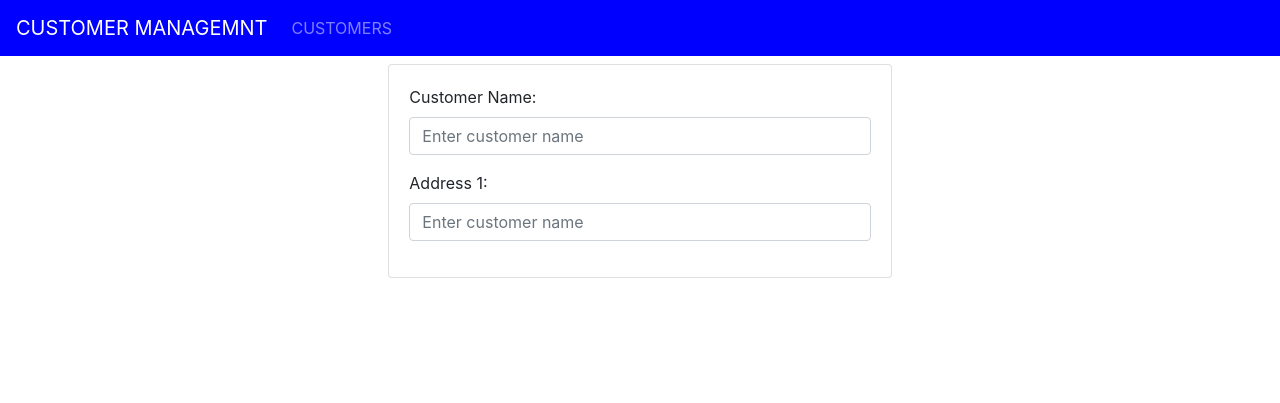
Repository: shruti-2522/webdirekt-assignment
Page: http://localhost/Customer-Project/customer-form.jsp
The author's editor kept a copy of each file at every save. The page is drawn from the files as they stood at one save, then again after a run of saves.
The browser window is 1280 px wide. The pictures show the whole page.
The page is served by Tomcat 9. Other server files are loaded and not shown.

Above is the page before, as saved 2021-07-05 10:34:27.

### Customer-Project/src/main/webapp/customer-form.jsp
<%@ page language="java" contentType="text/html; charset=ISO-8859-1"
	pageEncoding="ISO-8859-1"%>
<!DOCTYPE html>
<html>
<head>
<meta charset="ISO-8859-1">
<title>Add Customer</title>
<link rel="stylesheet"
	href="https://cdn.jsdelivr.net/npm/bootstrap@4.5.3/dist/css/bootstrap.min.css"
	integrity="sha384-TX8t27EcRE3e/ihU7zmQxVncDAy5uIKz4rEkgIXeMed4M0jlfIDPvg6uqKI2xXr2"
	crossorigin="anonymous">
</head>
<body>

	<header>
		<nav class="navbar navbar-expand-md navbar-dark"
			style="background-color: blue">
			<div>
				<a class="navbar-brand">CUSTOMER MANAGEMNT</a>
			</div>

			<ul class="navbar-nav">
				<li><a href="<%=request.getContextPath()%>/list"
					class="nav-link">CUSTOMERS</a></li>
			</ul>
		</nav>


	</header>

	<div class="container col-md-5 mt-2">
		<div class="card">
			<div class="card-body">

				<fieldset class="form-group">
					<label>Customer Name:</label> <input type="text"
						class="form-control" placeholder="Enter customer name" required>
				</fieldset>


				<fieldset class="form-group">
					<label>Address 1:</label> <input type="text"
						class="form-control" placeholder="Enter customer name" required>
				</fieldset>

			</div>

		</div>
	</div>




</body>
</html>

After the next 2 saves:
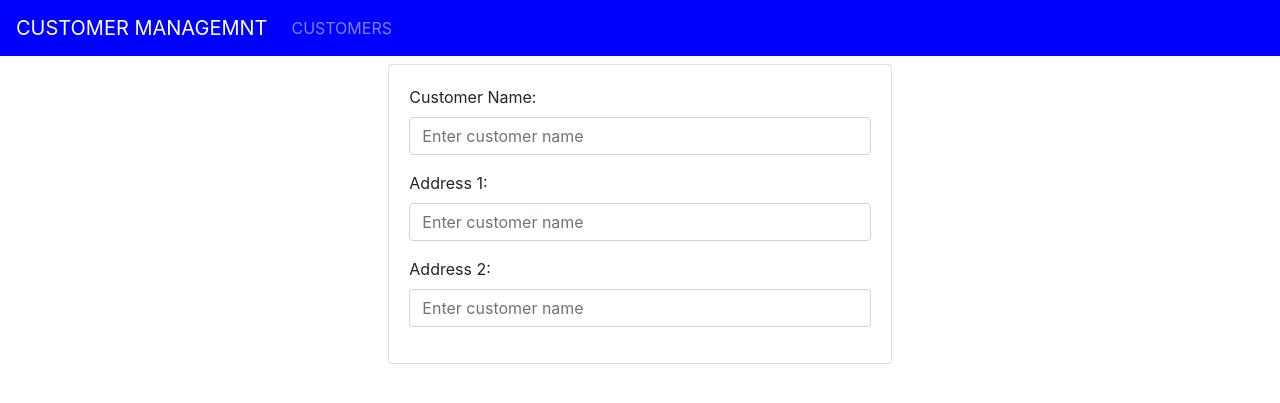
The 2 saves are shown as one change because they came seconds apart.
The last was saved 14 s later.
--- a/Customer-Project/src/main/webapp/customer-form.jsp
+++ b/Customer-Project/src/main/webapp/customer-form.jsp
@@ -43,6 +43,11 @@
 						class="form-control" placeholder="Enter customer name" required>
 				</fieldset>
 
+				<fieldset class="form-group">
+					<label>Address 2:</label> <input type="text"
+						class="form-control" placeholder="Enter customer name" required>
+				</fieldset>
+
 			</div>
 
 		</div>
